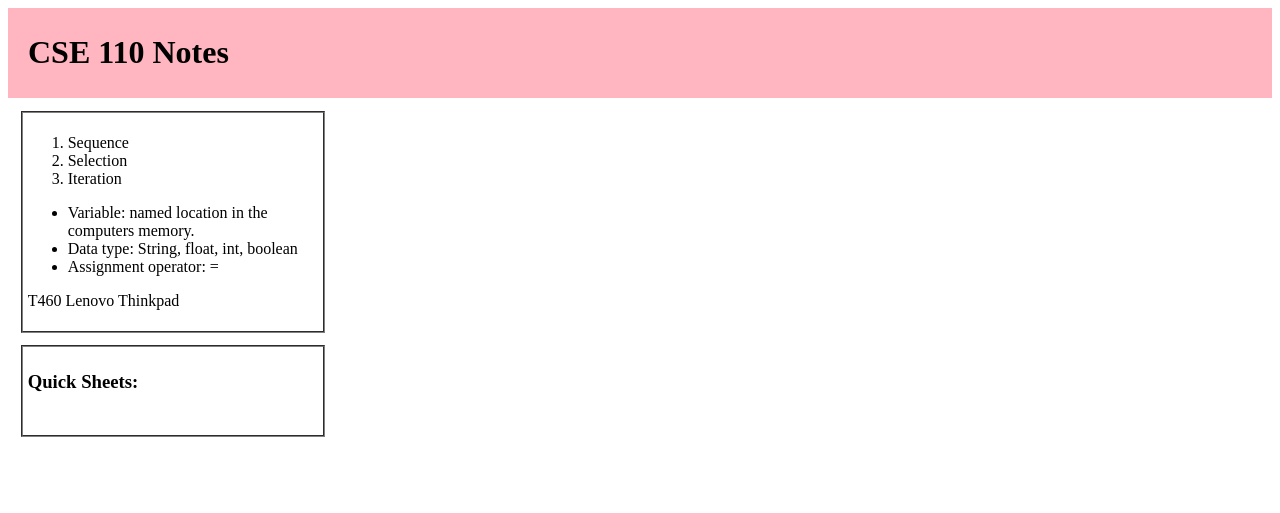
Repository: harleywolfley/wdd130
Page: spring25/cse110/cseindex.html
These files come from the project's save history. The page is drawn as it stood at one moment and after the next save; the edit follows.
The browser window is 1280 px wide. The pictures show the whole page.

Above is the page before, as saved 2025-05-06 16:46:21.

After the next save:
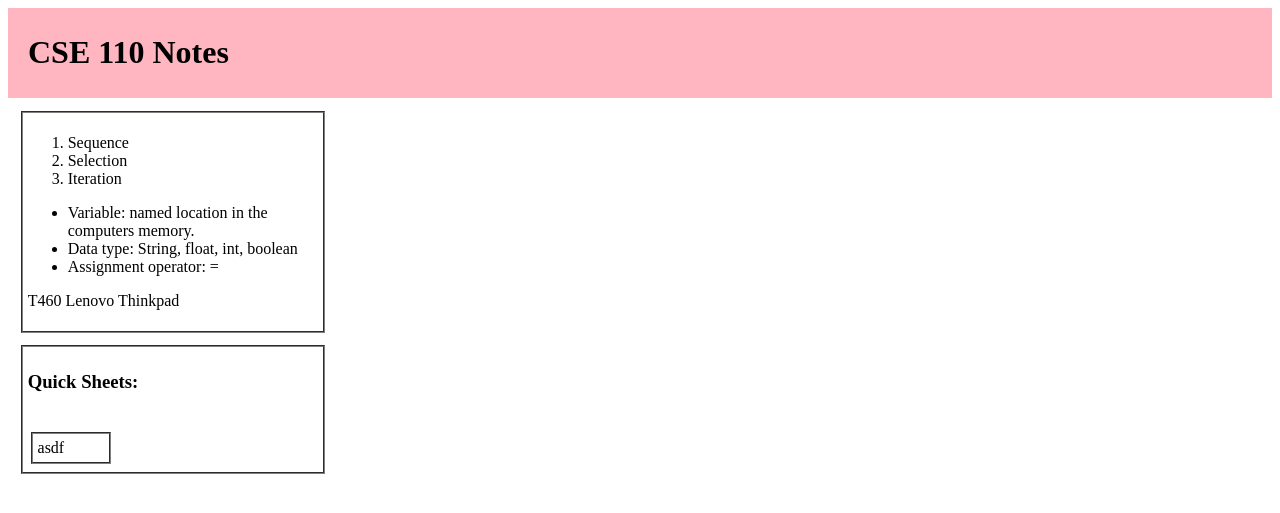
Saved 76 s later.
--- a/spring25/cse110/cseindex.html
+++ b/spring25/cse110/cseindex.html
@@ -24,6 +24,7 @@
         <h3>Quick Sheets:</h3>
         <img href="capitalization.png">
         <img href="operation.png">
+        <div>asdf</div>
     </div>
     </body>
 </html>

After the save that followed:
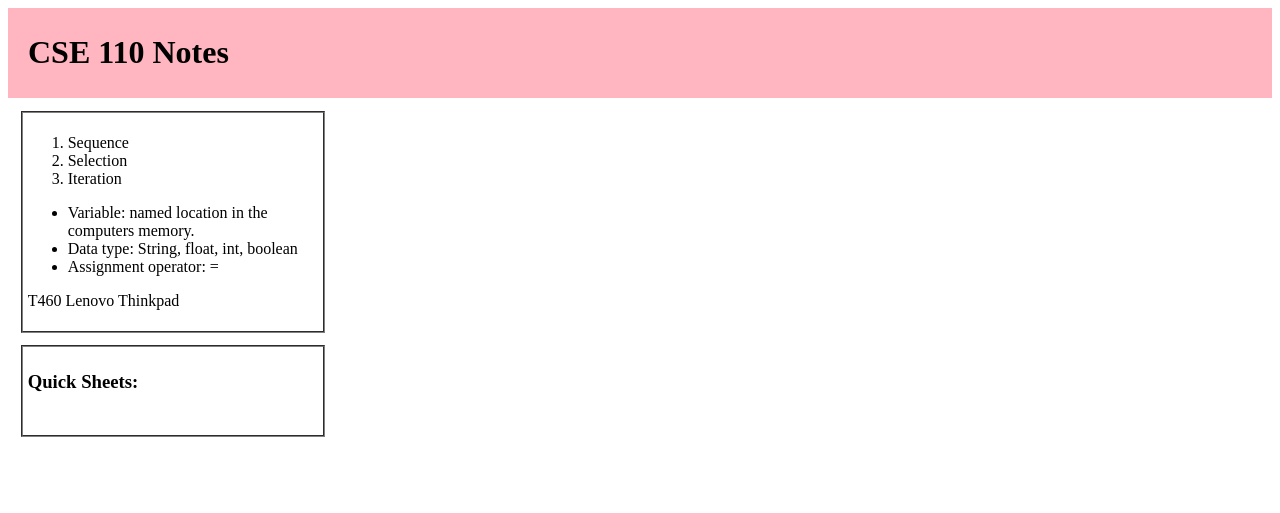
Saved 75 s later.
--- a/spring25/cse110/cseindex.html
+++ b/spring25/cse110/cseindex.html
@@ -24,7 +24,6 @@
         <h3>Quick Sheets:</h3>
         <img href="capitalization.png">
         <img href="operation.png">
-        <div>asdf</div>
     </div>
     </body>
 </html>
